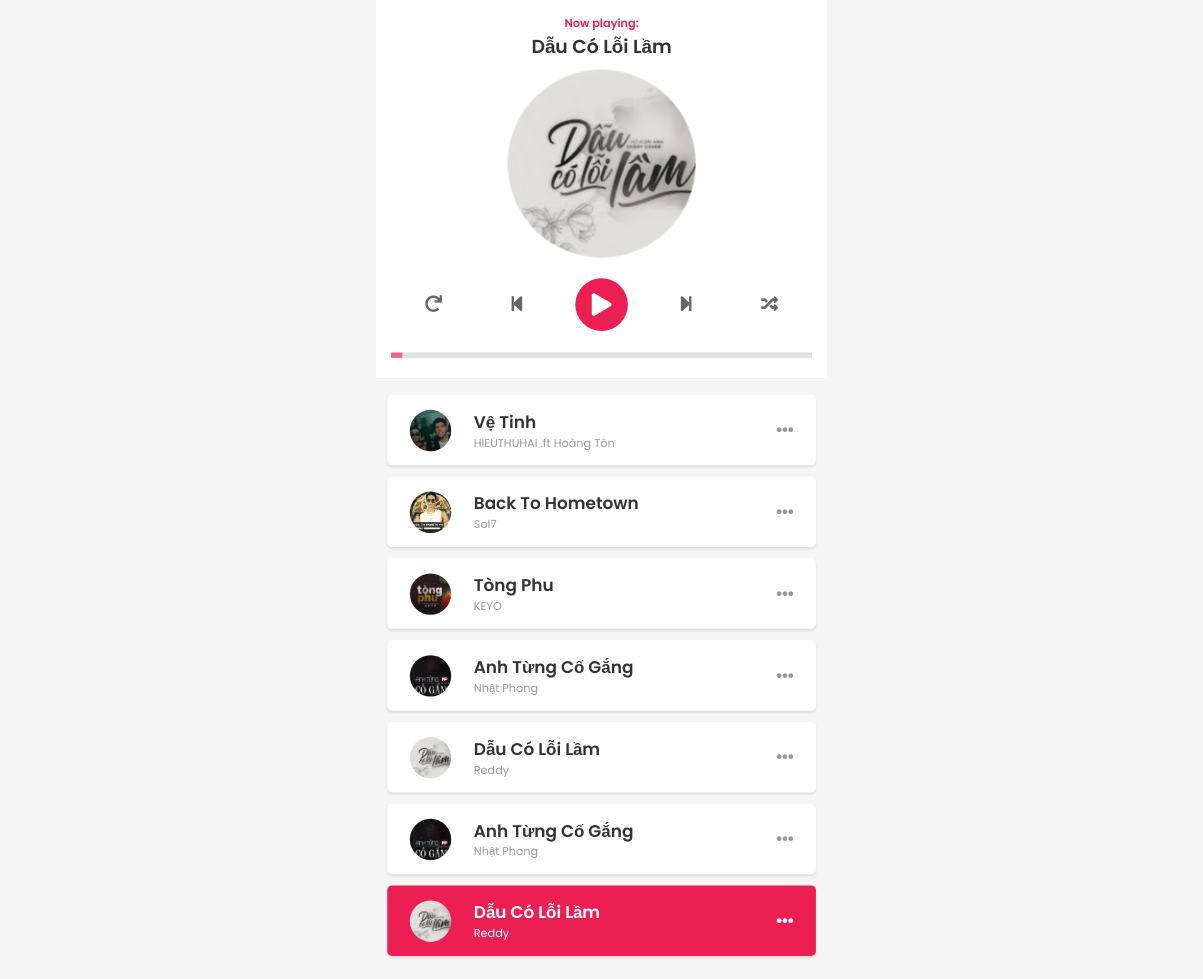
Repository: ynguyen1512/music-player
Page: index.html
An editor plug-in stored every save of this project. The page is shown before and after the next save, followed by the edit.
The browser window is 1280 px wide. The pictures show the whole page, at 94% of full size.
After loading, the first visible `div.btn-prev` was clicked once.

Above is the page before, as saved 2022-09-26 19:25:45.

### index.html
<!DOCTYPE html>
<html lang="en">
<head>
    <meta name="viewport" content="width=device-width, initial-scale=1.0">
    <title>Music player</title>
    <link rel="stylesheet" href="https://cdnjs.cloudflare.com/ajax/libs/font-awesome/5.15.2/css/all.min.css" integrity="sha512-HK5fgLBL+xu6dm/Ii3z4xhlSUyZgTT9tuc/hSrtw6uzJOvgRr2a9jyxxT1ely+B+xFAmJKVSTbpM/CuL7qxO8w==" crossorigin="anonymous" />
    <link rel="preconnect" href="https://fonts.gstatic.com">
    <link href="https://fonts.googleapis.com/css2?family=Poppins:wght@300;400;600&display=swap" rel="stylesheet">
    <link rel="stylesheet" href="./assets/css/style.css">
</head>
<body>
    <div class="player">
        <!-- Dashboard -->
        <div class="dashboard">
          <!-- Header -->
          <header>
            <h4>Now playing:</h4>
            <h2>String 57th & 9th</h2>
          </header>
     <!-- CD -->
     <div class="cd">
        <div class="cd-thumb" style="background-image: url('https://i.ytimg.com/vi/jTLhQf5KJSc/maxresdefault.jpg')">
        </div>
      </div>

      <!-- Control -->
      <div class="control">
        <div class="btn btn-repeat">
          <i class="fas fa-redo"></i>
        </div>
        <div class="btn btn-prev">
          <i class="fas fa-step-backward"></i>
        </div>
        <div class="btn btn-toggle-play">
          <i class="fas fa-pause icon-pause"></i>
          <i class="fas fa-play icon-play"></i>
        </div>
        <div class="btn btn-next">
          <i class="fas fa-step-forward"></i>
        </div>
        <div class="btn btn-random">
          <i class="fas fa-random"></i>
        </div>
      </div>

      <input id="progress" class="progress" type="range" value="0" step="1" min="0" max="100">

      <audio id="audio" src=""></audio>
    </div>

    <!-- Playlist -->
    <div class="playlist">

    </div>
  </div>

  <script>
    const $ = document.querySelector.bind(document)
    const $$ = document.querySelector.bind(document)

    const player = $('.player')
    const heading  = $('header h2')
    const cdThumb = $('.cd-thumb')
    const audio = $('#audio')
    const cd = $('.cd')
    const playBtn = $('.btn-toggle-play')
    const progress = $('#progress')
    const nextBtn = $('.btn-next')
    const prevBtn = $('.btn-prev')
    const randomBtn = $('.btn-random')
    const repeatBtn = $('.btn-repeat')

    const app = {
      currentIndex: 0,
      isPlaying : false,
      isRandom : false,
      isRepeat : false,
      songs: [
        {
          name: 'Vệ Tinh',
          singer: 'HIEUTHUHAI .ft Hoàng Tôn',
          path: './assets/music/song1.mp3',
          image: './assets/img/song1.jpg'
        },
        {
          name: 'Back To Hometown',
          singer: 'Sol7',
          path: './assets/music/song2.mp3',
          image: './assets/img/song2.jpg'
        },
        {
          name: 'Tòng Phu',
          singer: 'KEYO',
          path: './assets/music/song3.mp3',
          image: './assets/img/song3.jpg'
        },
        {
          name: 'Anh Từng Cố Gắng',
          singer: 'Nhật Phong',
          path: './assets/music/song4.mp3',
          image: './assets/img/song4.jpg'
        },
        {
          name: 'Dẫu Có Lỗi Lầm',
          singer: 'Reddy',
          path: './assets/music/song5.mp3',
          image: './assets/img/song5.jpg'
        },
        {
          name: 'Anh Từng Cố Gắng',
          singer: 'Nhật Phong',
          path: './assets/music/song4.mp3',
          image: './assets/img/song4.jpg'
        },
        {
          name: 'Dẫu Có Lỗi Lầm',
          singer: 'Reddy',
          path: './assets/music/song5.mp3',
          image: './assets/img/song5.jpg'
        }
      ],
      render: function() {
        const htmls = this.songs.map((song,index) => {
          return `
              <div class="song ${index === this.currentIndex ? 'active' : ''}">
                <div class="thumb"
                  style="background-image: url('${song.image}')">
                </div>
                <div class="body">
                  <h3 class="title">${song.name}</h3>
                  <p class="author">${song.singer}</p>
                </div>
                <div class="option">
                  <i class="fas fa-ellipsis-h"></i>
                </div>
            </div>
          `
        })
        $('.playlist').innerHTML = htmls.join('');
      },
      defineProperties: function() {
        Object.defineProperty(this, 'currentSong', {
          get: function() {
            return this.songs[this.currentIndex];
          }
        });
      },
      handleEvents: function() {
        const _this= this;
        const cdWidth = cd.offsetWidth

        // Xu ly CD quay / dung
        const cdThumbAnimate = cdThumb.animate([
          {transform: 'rotate(360deg)'}
        ], {
          duration: 10000,
          interations: Infinity
        })
        cdThumbAnimate.pause()

        // Xu ly phong to / thu nho CD
        document.onscroll = function() {
          const scrollTop = window.scrollY || document.documentElement.scrollTop
          const newcdWidth = cdWidth - scrollTop

          cd.style.width = newcdWidth > 0 ?   newcdWidth + 'px' : 0
          cd.style.opacity = newcdWidth / cdWidth
        }
        // Xu ly khi click nut play
        playBtn.onclick = function() {
          if( _this.isPlaying) {
            audio.pause()
          }else {
            audio.play()
          }

        }

        // Khi bai hat duoc play
        audio.onplay = function() {
          _this.isPlaying = true;
          player.classList.add('playing')
          cdThumbAnimate.play()
        }

        // Khi bai hat bi pause
        audio.onpause = function() {
          _this.isPlaying = false;
          player.classList.remove('playing')
          cdThumbAnimate.pause()
        }

        // Khi tien do bai hat thay doi
        audio.ontimeupdate = function() {
          if(audio.duration) {
            const progressPercent = Math.floor(audio.currentTime / audio.duration * 100)
            progress.value = progressPercent
          }
        }

        // Xu ly khi tua bai hat
        progress.onchange = function(e) {
          const seekTime = audio.duration / 100 * e.target.value
          audio.currentTime = seekTime
        }

        // Khi next bai hat
        nextBtn.onclick = function() {
          if(_this.isRandom)
          {
            _this.playRandomSong()
          } else {
            _this.nextSong()
          }
          audio.play()
          _this.render()
          _this.scrollToActiveSong()
        }

        // Khi previous song
        prevBtn.onclick = function() {
          if(_this.isRandom)
          {
            _this.playRandomSong()
          } else {
            _this.prevSong()
          }
          audio.play()
          _this.render()
          _this.scrollToActiveSong()
        }

        // Xy ly random bat / tat random song
        randomBtn.onclick = function() {
          _this.isRandom = !_this.isRandom
          randomBtn.classList.toggle('active', _this.isRandom)
        }

        // Xu ly phat lai mot bai hat
        repeatBtn.onclick = function() {
          _this.isRepeat = !_this.isRepeat
          repeatBtn.classList.toggle('active', _this.isRepeat)
        }

        //Xu ly next song khi audio ended
        audio.onended = function() {
          if(_this.isRepeat)
          {
            audio.play()
          }else{
            nextBtn.click(); // khi ket thuc bai hat thi tu nhan vao nut click
          }
        }
      },
      getCurrentSong: function() {
        return this.songs[this.currentIndex]
      },
      scrollToActiveSong: function() {
        setTimeout(()=>{
          $('.song.active')
        },500)
      },
      loadCurrentSong: function() {

        heading.textContent = this.currentSong.name
        cdThumb.style.backgroundImage = `url('${this.currentSong.image}')`
        audio.src = this.currentSong.path

        // console.log(heading, cdThumb, audio)
      },
      nextSong: function() {
        this.currentIndex++;
        if(this.currentIndex >= this.songs.length) {
          this.currentIndex = 0;
        }
        this.loadCurrentSong()
      },
      prevSong: function() {
        this.currentIndex--;
        if(this.currentIndex < 0) {
          this.currentIndex = this.songs.length - 1;
        }
        this.loadCurrentSong()
      },
      playRandomSong: function() {
        let newIndex
        do {
          newIndex = Math.floor(Math.random() * this.songs.length);
        } while(newIndex === this.currentIndex)
        this.currentIndex = newIndex
        this.loadCurrentSong()
      },
      start: function() {
        this.defineProperties();
        this.handleEvents();
        this.loadCurrentSong();

        this.render();
      }
    }

    app.start();
  </script>
</body>
</html>

### assets/css/style.css
:root {
    --primary-color: #ec1f55;
    --text-color: #333;
  }

  * {
    padding: 0;
    margin: 0;
    box-sizing: inherit;
  }

  body {
    background-color: #f5f5f5;
  }

  html {
    box-sizing: border-box;
    font-family: "Poppins", sans-serif;
  }

  .player {
    position: relative;
    max-width: 480px;
    margin: 0 auto;
  }

  .player .icon-pause {
    display: none;
  }

  .player.playing .icon-pause {
    display: inline-block;
  }

  .player.playing .icon-play {
    display: none;
  }

  .dashboard {
    padding: 16px 16px 14px;
    background-color: #fff;
    position: fixed;
    top: 0;
    width: 100%;
    max-width: 480px;
    border-bottom: 1px solid #ebebeb;
  }

  /* HEADER */
  header {
    text-align: center;
    margin-bottom: 10px;
  }

  header h4 {
    color: var(--primary-color);
    font-size: 12px;
  }

  header h2 {
    color: var(--text-color);
    font-size: 20px;
  }

  /* CD */
  .cd {
    display: flex;
    margin: auto;
    width: 200px;
  }

  .cd-thumb {
    width: 100%;
    padding-top: 100%;
    border-radius: 50%;
    background-color: #333;
    background-size: cover;
    margin: auto;
  }

  /* CONTROL */
  .control {
    display: flex;
    align-items: center;
    justify-content: space-around;
    padding: 18px 0 8px 0;
  }

  .control .btn {
    color: #666;
    padding: 18px;
    font-size: 18px;
  }

  .control .btn.active {
    color: var(--primary-color);
  }

  .control .btn-toggle-play {
    width: 56px;
    height: 56px;
    border-radius: 50%;
    font-size: 24px;
    color: #fff;
    display: flex;
    align-items: center;
    justify-content: center;
    background-color: var(--primary-color);
  }

  .progress {
    width: 100%;
    -webkit-appearance: none;
    height: 6px;
    background: #d3d3d3;
    outline: none;
    opacity: 0.7;
    -webkit-transition: 0.2s;
    transition: opacity 0.2s;
  }

  .progress::-webkit-slider-thumb {
    -webkit-appearance: none;
    appearance: none;
    width: 12px;
    height: 6px;
    background-color: var(--primary-color);
    cursor: pointer;
  }

  /* PLAYLIST */
  .playlist {
    margin-top: 408px;
    padding: 12px;
  }

  .song {
    display: flex;
    align-items: center;
    margin-bottom: 12px;
    background-color: #fff;
    padding: 8px 16px;
    border-radius: 5px;
    box-shadow: 0 2px 3px rgba(0, 0, 0, 0.1);
  }

  .song.active {
    background-color: var(--primary-color);
  }

  .song.active .author,
  .song.active .title {
    color: #fff;
  }


  .song.active {
    background-color: var(--primary-color);
  }

  .song:active {
    opacity: 0.8;
  }

  .song.active .option,
  .song.active .author,
  .song.active .title {
    color: #fff;
  }

  .song .thumb {
    width: 44px;
    height: 44px;
    border-radius: 50%;
    background-size: cover;
    margin: 0 8px;
  }

  .song .body {
    flex: 1;
    padding: 0 16px;
  }

  .song .title {
    font-size: 18px;
    color: var(--text-color);
  }

  .song .author {
    font-size: 12px;
    color: #999;
  }

  .song .option {
    padding: 16px 8px;
    color: #999;
    font-size: 18px;
  }

After the next save:
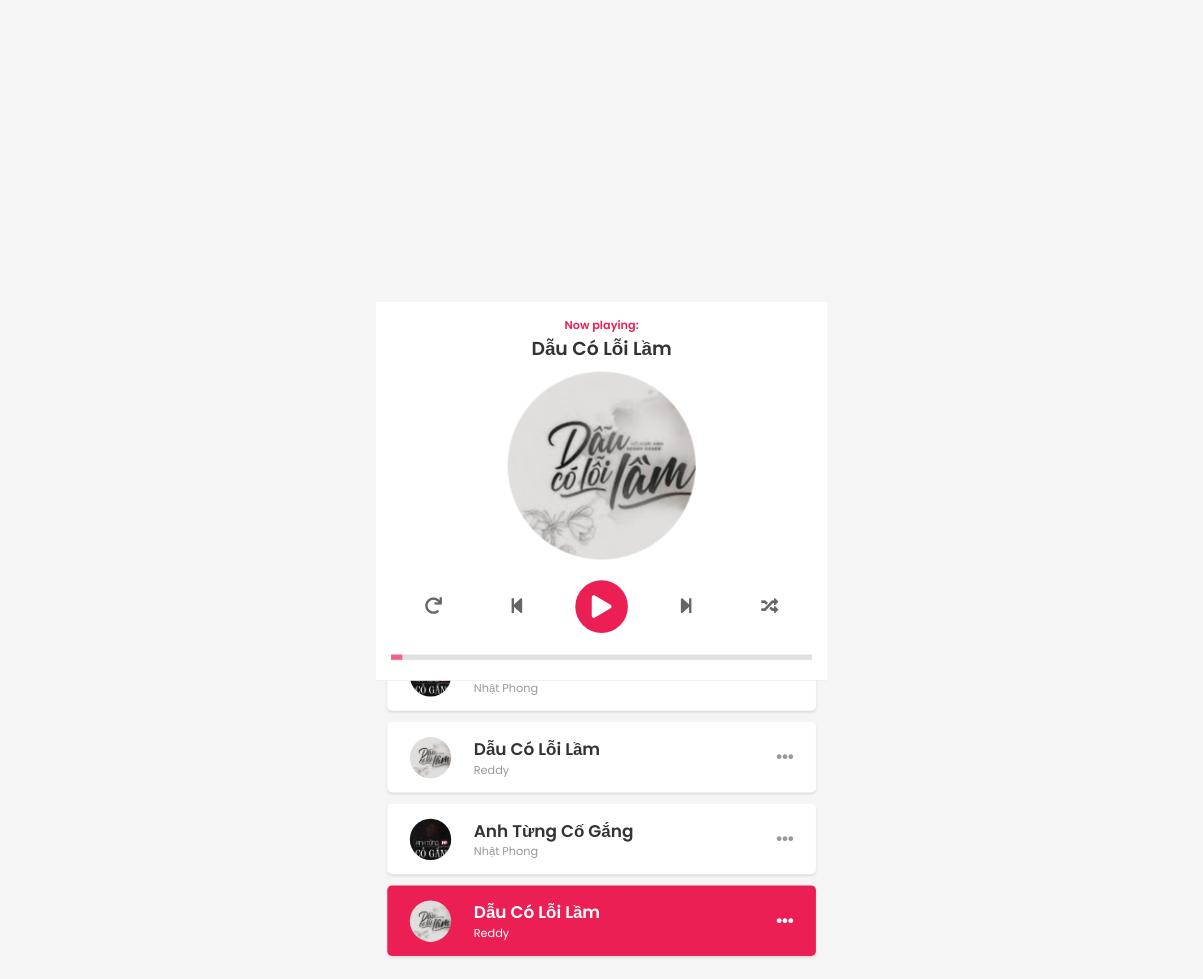
Saved 64 s later.
--- a/index.html
+++ b/index.html
@@ -257,7 +257,7 @@
       },
       scrollToActiveSong: function() {
         setTimeout(()=>{
-          $('.song.active')
+          $('.song.active').scrollIntoView();
         },500)
       },
       loadCurrentSong: function() {
